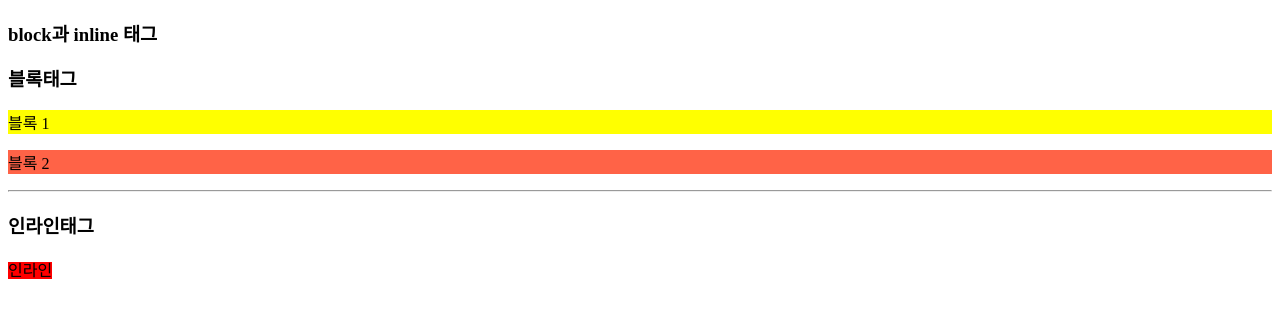
Repository: JiYoon0712/HTML_CSS_javascript
Page: work/study/src/main/webapp/htmlEx/ch02/ex04.html
An editor plug-in stored every save of this project. The page is shown before and after the next save, followed by the edit.
The browser window is 1280 px wide. The pictures show the whole page.

Above is the page before, as saved 2023-04-03 02:18:32.

### work/study/src/main/webapp/htmlEx/ch02/ex04.html
<!DOCTYPE html>
<html>
<head>
<meta charset="UTF-8">
<title>Insert title here</title>
</head>
<body>

<h3>block과 inline 태그</h3>

<h3>블록태그</h3>

<p style="background: yellow;"> 블록 1 </p><p style="background: tomato;"> 블록 2 </p>
<hr>

<h3>인라인태그</h3>
<span style="background: red;">인라인</span>

</body>
</html>

After the next save:
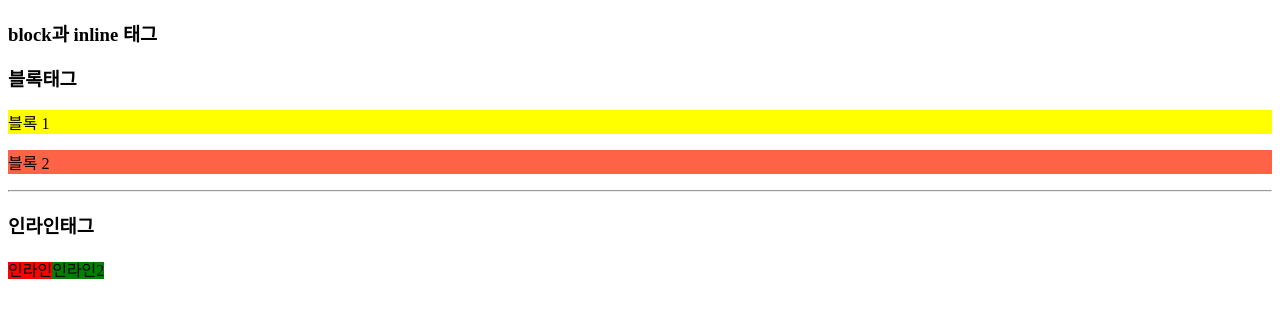
Saved 25 s later.
--- a/work/study/src/main/webapp/htmlEx/ch02/ex04.html
+++ b/work/study/src/main/webapp/htmlEx/ch02/ex04.html
@@ -14,7 +14,7 @@
 <hr>
 
 <h3>인라인태그</h3>
-<span style="background: red;">인라인</span>
+<span style="background: red;">인라인</span><span style="background: green;">인라인2</span>
 
 </body>
 </html>
